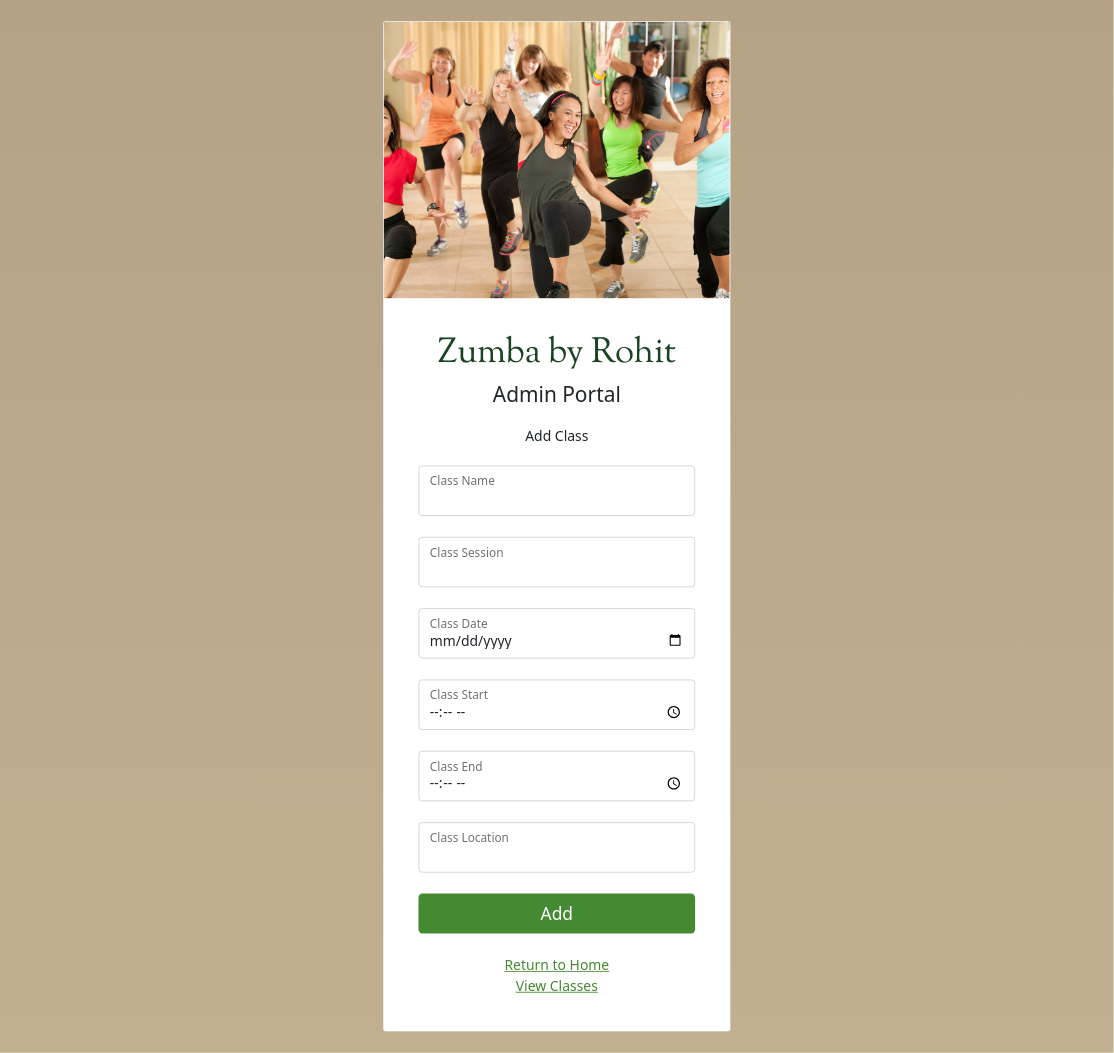
Repository: ronetteguevara/CalTech-ZumbaApp
Page: ZumbaApp/ZumbaApp/src/main/webapp/add-class.html
The author's editor kept a copy of each file at every save. The page is drawn from the files as they stood at one save, then again after the next save.
The browser window is 1280 px wide. The pictures show the whole page, at 87% of full size.

Above is the page before, as saved 2024-05-01 01:04:47.

### ZumbaApp/ZumbaApp/src/main/webapp/add-class.html
<!DOCTYPE html>
<html>
<head>
<meta charset="UTF-8">
<title>Add Class</title>
<link rel="stylesheet" href="css/bootstrap.css"></link>
<link rel="stylesheet" href="style.css"></link>
</head>
<body class="gradient-background">

	<div class="my-4 d-flex justify-content-center col-xl-12 col-lg-12 col-md-12 col-sm-12 col-12" data-new-gr-c-s-check-loaded="14.1169.0" data-gr-ext-installed="">
	<main class="form-signin d-flex justify-content-center">
	<form action="   " method="post">
		<div class="card" style="width: 25rem;">
			<img src="assets/Add_Class.png" class="card-img-top" alt="Rohit smiling">
		<div class="card-body text-center">
			<h1 class="mt-4 mb-2 fw-normal text-center">Zumba by Rohit</h1>
			<h4 class="mb-4 fw-normal text-center">Admin Portal</h4>
			<h6 class="mb-4 fw-normal text-center">Add Class</h6>
			<div class="form-floating mx-4 my-4">
				<input type="text" name="txtClassName" class="form-control">
				<label for="floatingInput">Class Name</label>
			</div>

			<div class="form-floating mx-4 my-4">
				<input type="text" name="txtSession" class="form-control">
				<label for="floatingPassword">Class Session</label>
			</div>

			<div class="form-floating mx-4 my-4">
				<input type="date" name="txtClassDate" class="form-control">
				<label for="floatingPassword">Class Date</label>
			</div>

			<div class="form-floating mx-4 my-4">
				<input type="time" name="txtClassStart" class="form-control">
				<label for="floatingPassword">Class Start</label>
			</div>

			<div class="form-floating mx-4 my-4">
				<input type="time" name="txtClassEnd" class="form-control">
				<label for="floatingPassword">Class End</label>
			</div>

			<div class="form-floating mx-4 my-4">
				<input type="text" name="txtClassLocation" class="form-control">
				<label for="floatingPassword">Class Location</label>
			</div>

			<div class="mx-4 my-4">
			<button class="w-100 btn btn-lg btn-primary button" type="submit">Add</button>
			</div>
			<div class="my-4">
			<a href="Home">Return to Home</a><br>
			<a href="Home">View Classes</a>
			</div>
		</div>
		</div>
    </form>
    </main>
    </div>
</body>
</html>

### ZumbaApp/ZumbaApp/src/main/webapp/style.css
@charset "UTF-8";

.button {
  background-color: #458933;
  border: none;
}

.button:hover {
  background-color: #82c360;
}

a {
  color: #458933;
}

a:hover {
 color: #82c360;
}

a:visited {
  color: #1a4324;
}

h1 {
	font-family: Sorts-Mill-Goudy-Regular;
	color: #1a4324;
}

@font-face {
  font-family: "Sorts-Mill-Goudy-Italic";
  src: url(/assets/Fonts/SortsMillGoudy-Italic.ttf);
}

@font-face {
  font-family: "Sorts-Mill-Goudy-Regular";
  src: url(/assets/Fonts/SortsMillGoudy-Regular.ttf);
}

.gradient-background {
  background: linear-gradient(0deg, #f2e5b9, #b8a588, #774c24);
  background-size: 1000% 1000%;

  -webkit-animation: AnimationName 8s ease infinite;
  -moz-animation: AnimationName 8s ease infinite;
  animation: AnimationName 8s ease infinite;
}

@-webkit-keyframes AnimationName {
  0%{background-position:0% 35%}
  50%{background-position:100% 66%}
  100%{background-position:0% 35%}
}
@-moz-keyframes AnimationName {
  0%{background-position:0% 35%}
  50%{background-position:100% 66%}
  100%{background-position:0% 35%}
}
@keyframes AnimationName {
  0%{background-position:0% 35%}
  50%{background-position:100% 66%}
  100%{background-position:0% 35%}

}

Loaded but not shown: ZumbaApp/ZumbaApp/src/main/webapp/css/bootstrap.css (library)

After the next save:
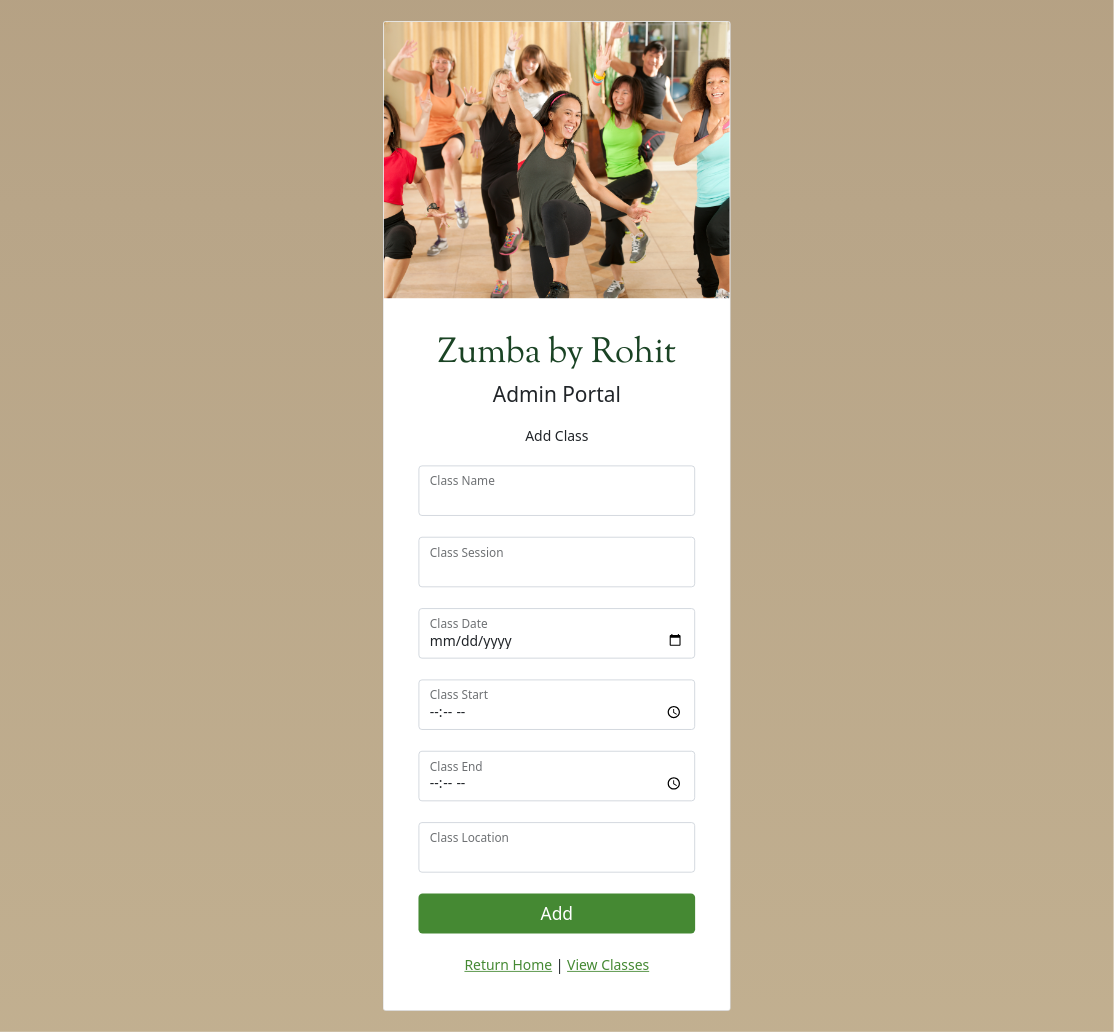
Saved 43 s later.
--- a/ZumbaApp/ZumbaApp/src/main/webapp/add-class.html
+++ b/ZumbaApp/ZumbaApp/src/main/webapp/add-class.html
@@ -51,8 +51,7 @@
 			<button class="w-100 btn btn-lg btn-primary button" type="submit">Add</button>
 			</div>
 			<div class="my-4">
-			<a href="Home">Return to Home</a><br>
-			<a href="Home">View Classes</a>
+			<p><a href="Home">Return Home</a> | <a href="Home">View Classes</a></p>
 			</div>
 		</div>
 		</div>
